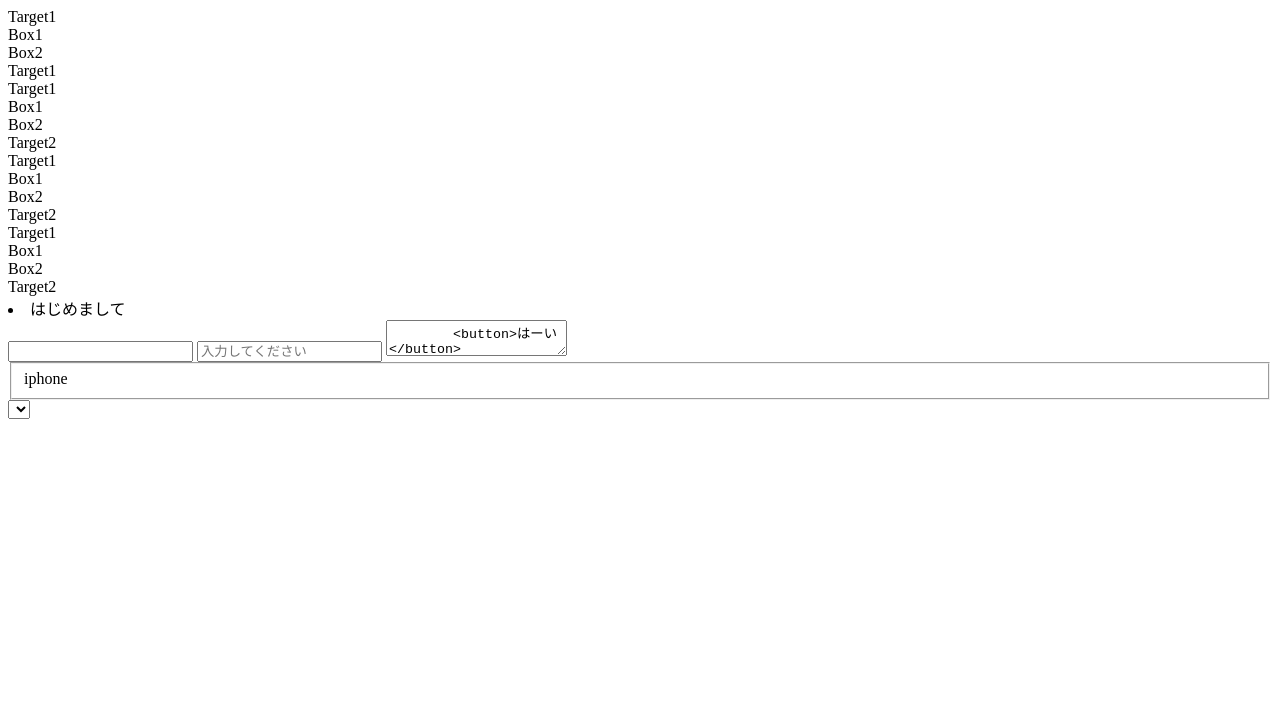
Repository: wairoku/suretigai1
Page: jack.html
The author's editor kept a copy of each file at every save. The page is drawn from the files as they stood at one save, then again after the next save.
The browser window is 1280 px wide. The pictures show the whole page.

Above is the page before, as saved 2019-01-02 19:09:24.

### jack.html
<!DOCTYPE html>
<body>


    <div id="target1">Target1</div>
    <div class="box">Box1</div>
    <div class="box">Box2</div>
    <div id="target1">Target1</div>

    <div id="target1">Target1</div>
    <div class="box1">Box1</div>
    <div class="box2">Box2</div>
    <div id="target1">Target2</div>

    <div id="target1">Target1</div>
    <div class="box">Box1</div>
    <div class="box">Box2</div>
    <div id="target2">Target2</div>

    <div id="target">Target1</div>
    <div class="box">Box1</div>
    <div class="box">Box2</div>
    <div id="target">Target2</div>

    <li>
        <a>
            はじめまして
        </a>
    </li>




    <input type="password">
    <!--comment -->
    <input type="text" placeholder="入力してください">

    <textarea>
        <button>はーい</button>
    </textarea>



    <fieldset>iphone

    </fieldset>

    <select>

</body>

After the next save:
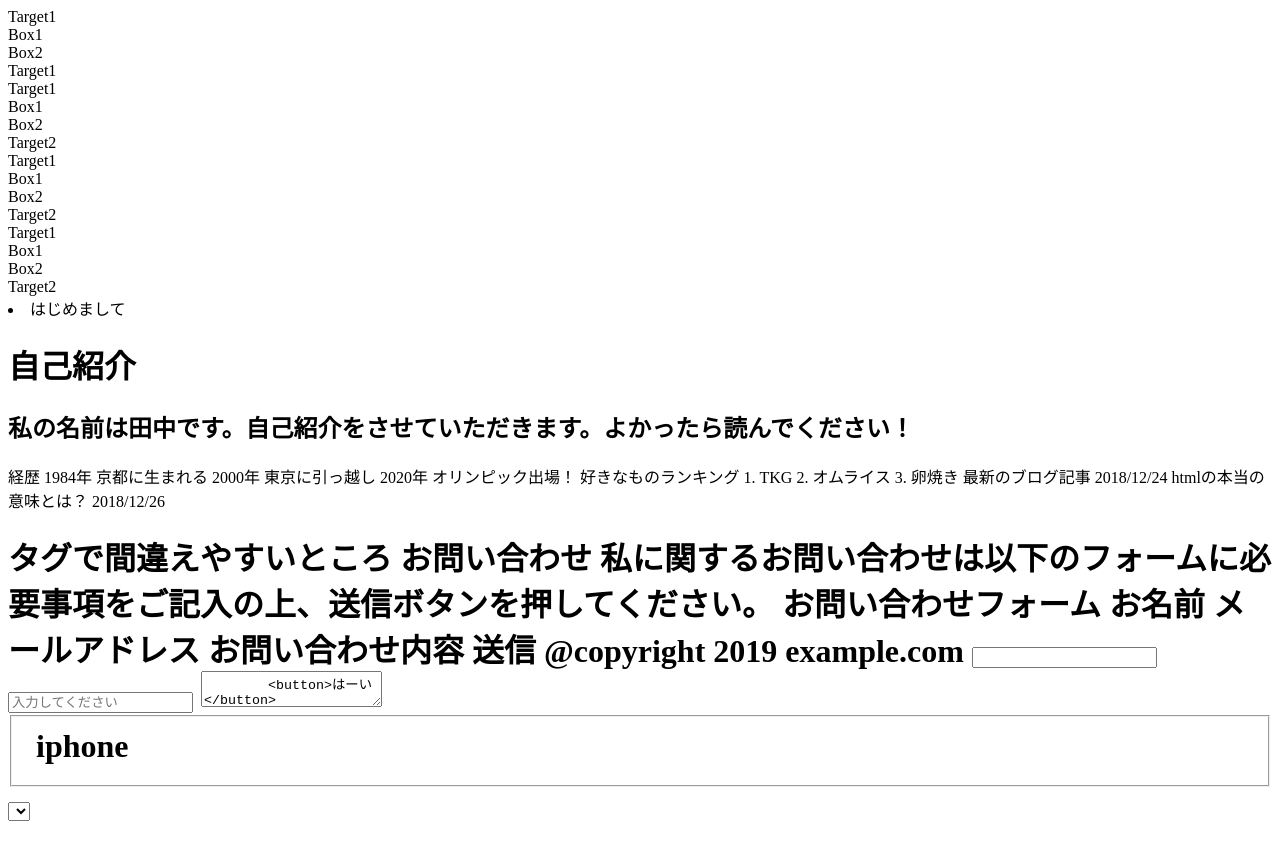
Saved 5 min 41 s later.
--- a/jack.html
+++ b/jack.html
@@ -29,6 +29,33 @@
     </li>
 
 
+<h1>自己紹介</h1>
+<h2>私の名前は田中です。自己紹介をさせていただきます。よかったら読んでください！</h2>
+
+経歴
+1984年 京都に生まれる
+2000年 東京に引っ越し
+2020年 オリンピック出場！
+
+好きなものランキング
+1. TKG
+2. オムライス
+3. 卵焼き
+
+最新のブログ記事
+2018/12/24 htmlの本当の意味とは？
+2018/12/26 <h1>タグで間違えやすいところ
+
+お問い合わせ
+私に関するお問い合わせは以下のフォームに必要事項をご記入の上、送信ボタンを押してください。
+お問い合わせフォーム
+お名前
+メールアドレス
+お問い合わせ内容
+送信
+
+@copyright 2019 example.com
+
 
 
     <input type="password">
